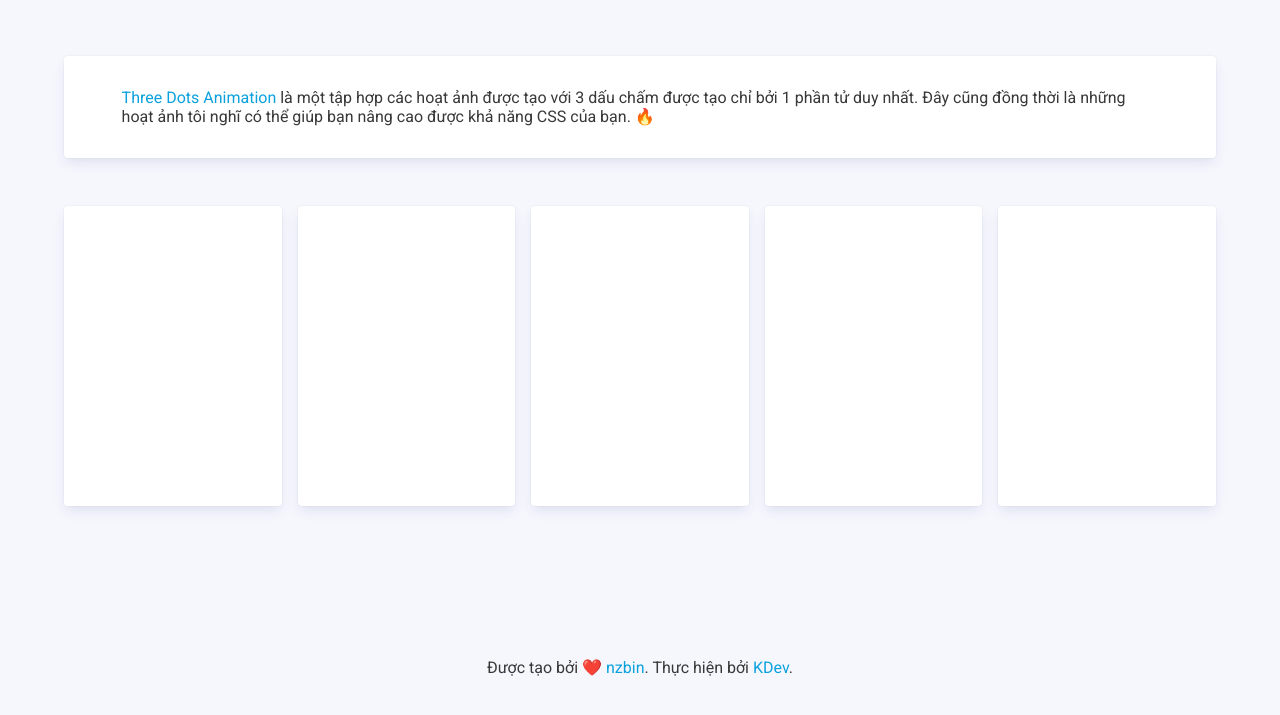
Repository: haokiet2501/lazy-loader-animation
Page: index.html
An editor plug-in stored every save of this project. The page is shown before and after the next save, followed by the edit.
The browser window is 1280 px wide. The pictures show the whole page.
The style sheet was rebuilt from its Sass, Less or Tailwind sources for each picture, by a compiler version that may differ from the author's.

Above is the page before, as saved 2022-05-06 19:50:29.

### index.html
<!DOCTYPE html>
<html lang="en">
<head>
    <meta charset="UTF-8">
    <meta http-equiv="X-UA-Compatible" content="IE=edge">
    <meta name="viewport" content="width=device-width, initial-scale=1.0">
    <link rel="shortcut icon" href="image/KDEV.png" type="image/x-icon">
    <link rel="stylesheet" href="sass/css/styles.css">
    <title>Three Dots Animation</title>
</head>
<body>
    <div class="container">
        <div class="title">
            <a href="/" target="_blank">Three Dots Animation</a> là một tập hợp các hoạt ảnh được tạo với 3 dấu chấm được tạo chỉ bởi 1 phần tử duy nhất. Đây cũng đồng thời là những hoạt ảnh tôi nghĩ có thể giúp bạn nâng cao được khả năng CSS của bạn. 🔥
        </div>

        <div class="row">
            <div class="box">
                <div class="stage">

                </div>
            </div>
            <div class="box">
                <div class="stage">

                </div>
            </div>
            <div class="box">
                <div class="stage">

                </div>
            </div>
            <div class="box">
                <div class="stage">

                </div>
            </div>
            <div class="box">
                <div class="stage">

                </div>
            </div>
        </div>

        <footer class="footer">
            <p>
                Được tạo bởi ❤️ <a href="https://github.com/nzbin" target="_blank">nzbin</a>.
                Thực hiện bởi <a href="/" target="_blank">KDev</a>.
            </p>
        </footer>
    </div>
</body>
</html>

### sass/styles.scss
@import 'base/base';

$color-text: #383838;
$color-line: #50dfdb;

.container {
    padding: 2rem 4rem;
}

.title {
    background: #fff;
    padding: 2rem 5%;
    margin: 1.5rem 0;
    box-shadow: 0 .4rem .8rem -.1rem rgba(0, 32, 128, .1), 0 0 0 1px #f0f2f7;
    border-radius: .25rem;
    color: $color-text;
}

.box {
    position: relative;
    height: 300px;
    background: #fff;
    padding: 2rem 5%;
    margin: 1.5rem 0;
    box-shadow: 0 .4rem .8rem -.1rem rgba(0, 32, 128, .1), 0 0 0 1px #f0f2f7;
    border-radius: .25rem;
}

.row {
    display: grid;
    grid-template-columns: repeat(auto-fill, minmax(184px, 1fr));
    gap: 24px 16px;
}

.footer {
    display: flex;
    justify-content: center;
    align-items: center;
    margin: 128px 0 20px;
}

.footer > p {
    color: $color-text;
}

### sass/base/_base.scss
@import url('https://fonts.googleapis.com/css2?family=Roboto:wght@300;400;500;700&display=swap');

*, ::before, ::after {
    margin: 0;
    padding: 0;
    box-sizing: border-box;
}

html, body {
    scroll-behavior: smooth;
    font-family: 'Roboto', sans-serif;
    background: #f6f7fd;
    height: 100%;
    overflow: auto;
}

a {
    text-decoration: none;
    color: #0AA1DD;
}

After the next save:
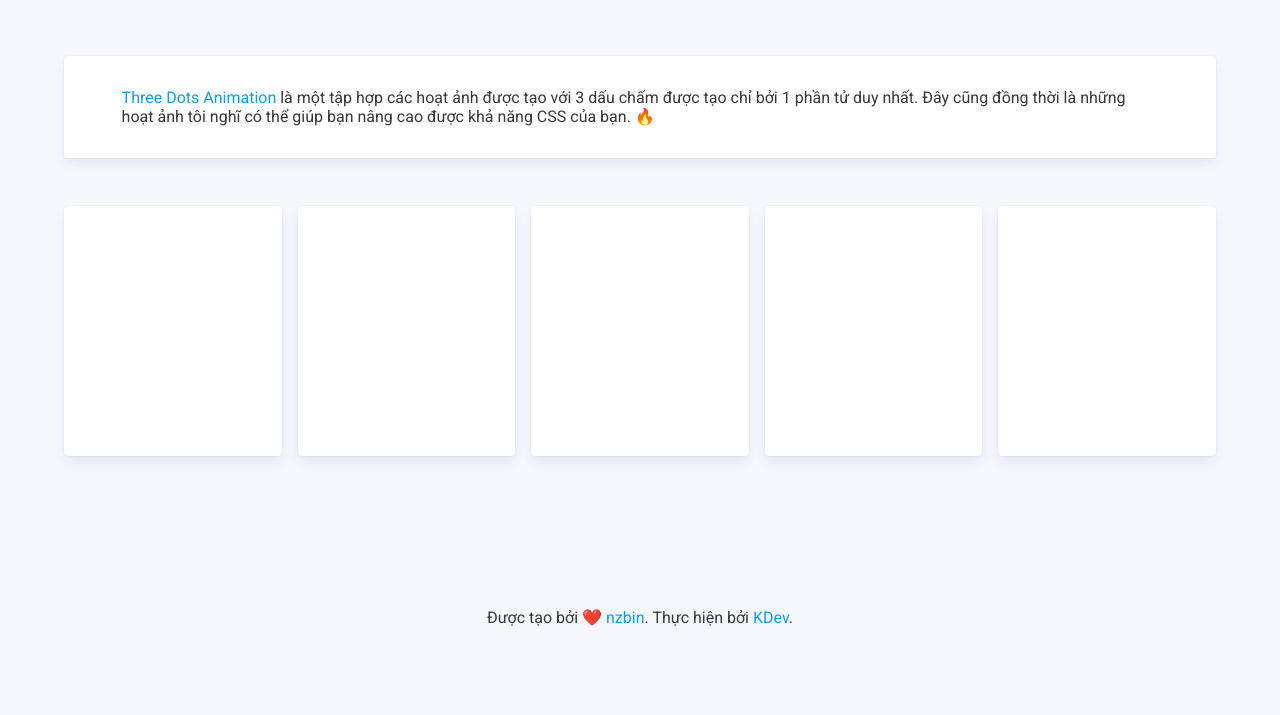
Saved 13 s later.
--- a/sass/styles.scss
+++ b/sass/styles.scss
@@ -18,7 +18,7 @@ $color-line: #50dfdb;
 
 .box {
     position: relative;
-    height: 300px;
+    height: 250px;
     background: #fff;
     padding: 2rem 5%;
     margin: 1.5rem 0;
